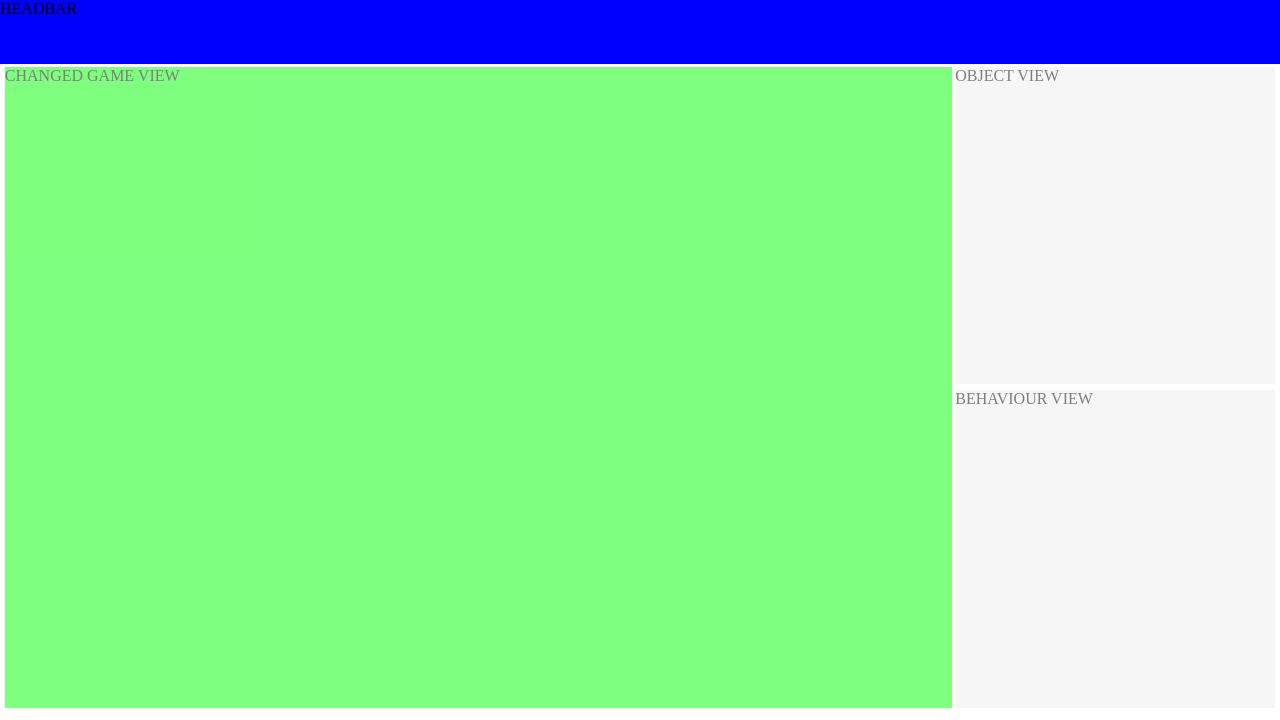
Repository: n-donnelly/onlinegameproto
Page: Content/main.html
The author's editor kept a record of every edit. The page is drawn from the files as they stood at one moment, then again after the next edit.
The browser window is 1280 px wide. The pictures show the whole page.

Above is the page before.

### Content/main.html
<!DOCTYPE html>
<!-- HTML5 Hello world by kirupa - http://www.kirupa.com/html5/getting_your_feet_wet_html5_pg1.htm -->
<html lang="en-us">

<head>
<meta charset="utf-8">
<link rel="stylesheet" type="text/css" href="/CSS/main.css">
<title>Online Game Prototyping Tool</title>
</head>

<body>

<div id="header">HEADBAR</div>

<div id="gameView">GAME VIEW
</div>

<div id="rightBar">
    <div id="objectView">OBJECT VIEW</div>
    <div id="behaviourView">BEHAVIOUR VIEW</div>
</div>

<script src="/scripts/jquery-2.1.3.min.js"></script>
<script src="/scripts/main.js"></script>

</body>
</html>

### CSS/main.css
#header {
    height: 64px;
    background: #0000ff;
    margin-bottom: 0.2em;
}

#gameView {
    float: left;
    background: #00ff00;
    width: 74%;
    height: 89%;
    position: absolute;
    margin-right: 0.4em;
    left: 0.3em;
    opacity: 0.5;
}

#rightBar {
    right: 0.3em;
    width: 25%;
    height:89%;
    position: absolute;
}

#objectView {
    height: 49.5%;
    background: #eee;
    opacity: 0.5;
}

#behaviourView {
    height: 49.5%;
    background: #eee;
    margin-top:6px;
    opacity: 0.5;
}

#content {
    height:89%;
    width: 100%;
    position: absolute;
    margin-right: 0.4em;
    left: 0.3em;
}

.resize_bar {
    background: #000;
    cursor: resize_bar;
}

.hor_resizer {
    height: 6px;
    width: 100%;
    position:absolute;
    right:0px;
}

.vert_resizer {
    width: 6px;
    height:89%;
}

body {
    margin: 0px;
}

### scripts/main.js
$("#gameView").html("CHANGED GAME VIEW")

Loaded but not shown: scripts/jquery-2.1.3.min.js (library)

After the next edit:
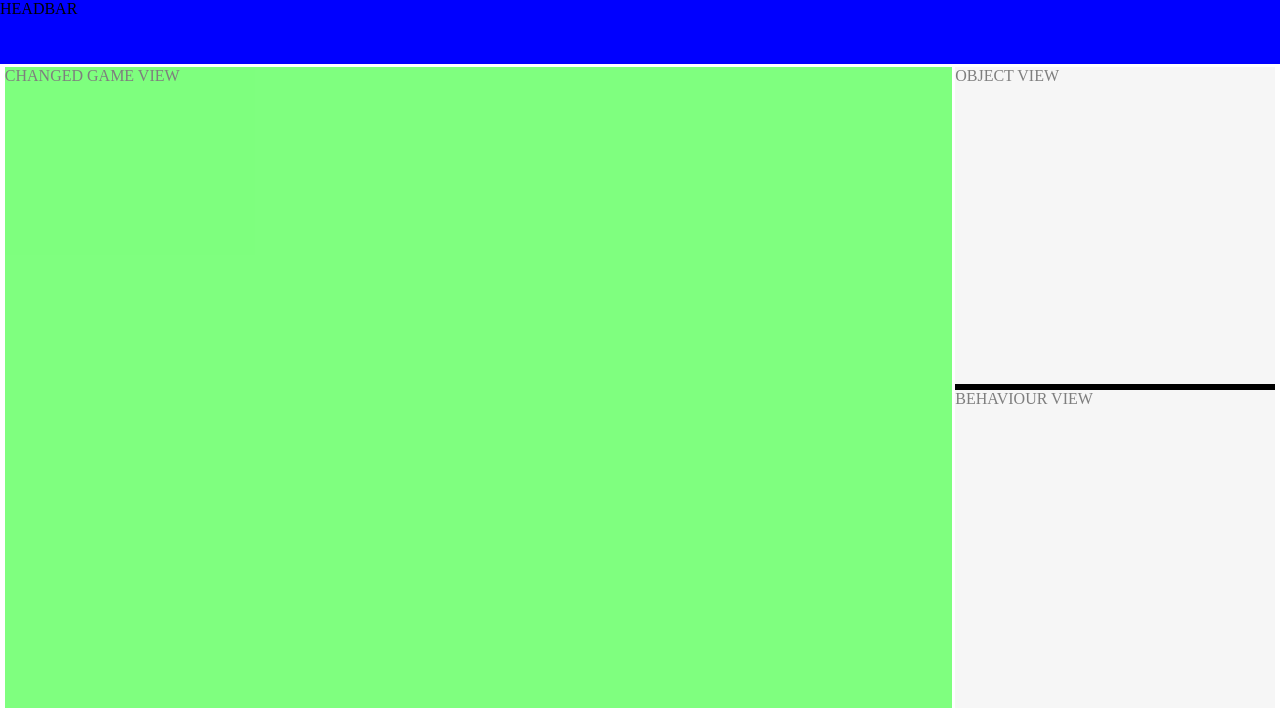
The edit:
--- a/Content/main.html
+++ b/Content/main.html
@@ -17,6 +17,7 @@
 
 <div id="rightBar">
     <div id="objectView">OBJECT VIEW</div>
+    <div class="resize_bar hor_resizer"></div>
     <div id="behaviourView">BEHAVIOUR VIEW</div>
 </div>
 
